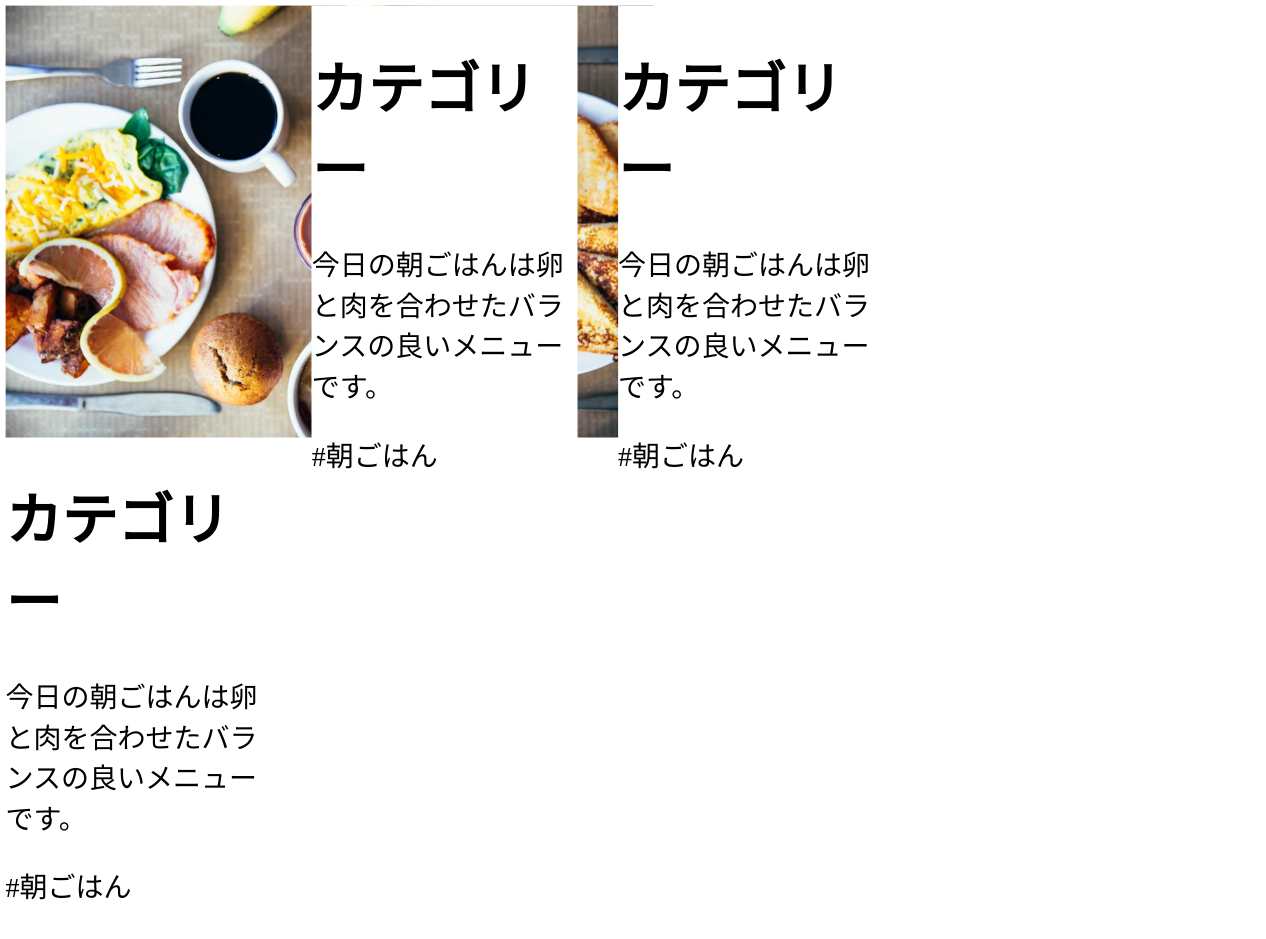
Repository: 9136424556/todo01
Page: coachtech/html-css/css1-17問.html
An editor plug-in stored every save of this project. The page is shown before and after the next save, followed by the edit.
The browser window is 1280 px wide. The page is 1280 px wide, then 1808 px, so the pictures cover 1808 px, including what lies to the right of the window. The pictures show the whole page, at 70% of full size.

Above is the page before, as saved 2023-12-01 04:54:47.

### coachtech/html-css/css1-17問.html
<link rel="stylesheet" href="css/css1-17問.css">
<div class="flex">
    <div class="box">
        <img src="img/card.jpg" alt="" />
        <h1 class="cord-title">カテゴリー</h1>
        <p class="cord-dl">今日の朝ごはんは卵と肉を合わせたバランスの良いメニューです。</p>
        <p class="cord-tag">#朝ごはん</p>
    </div>
    <div class="box">
        <h1 class="cord-title">カテゴリー</h1>
        <p class="cord-dl">今日の朝ごはんは卵と肉を合わせたバランスの良いメニューです。</p>
        <p class="cord-tag">#朝ごはん</p>
    </div>
    <div class="box">
        <h1 class="cord-title">カテゴリー</h1>
        <p class="cord-dl">今日の朝ごはんは卵と肉を合わせたバランスの良いメニューです。</p>
        <p class="cord-tag">#朝ごはん</p>
    </div>
</div>

### coachtech/html-css/css/css1-17問.css
.flex{
    display: flex;
    flex-direction: row;
    justify-content: space-between;
}
.box{
    background-color: white;
    margin-right: 10px;
    width: 30%;
    height:30%;
    font-size: 40px;
}

After the next save:
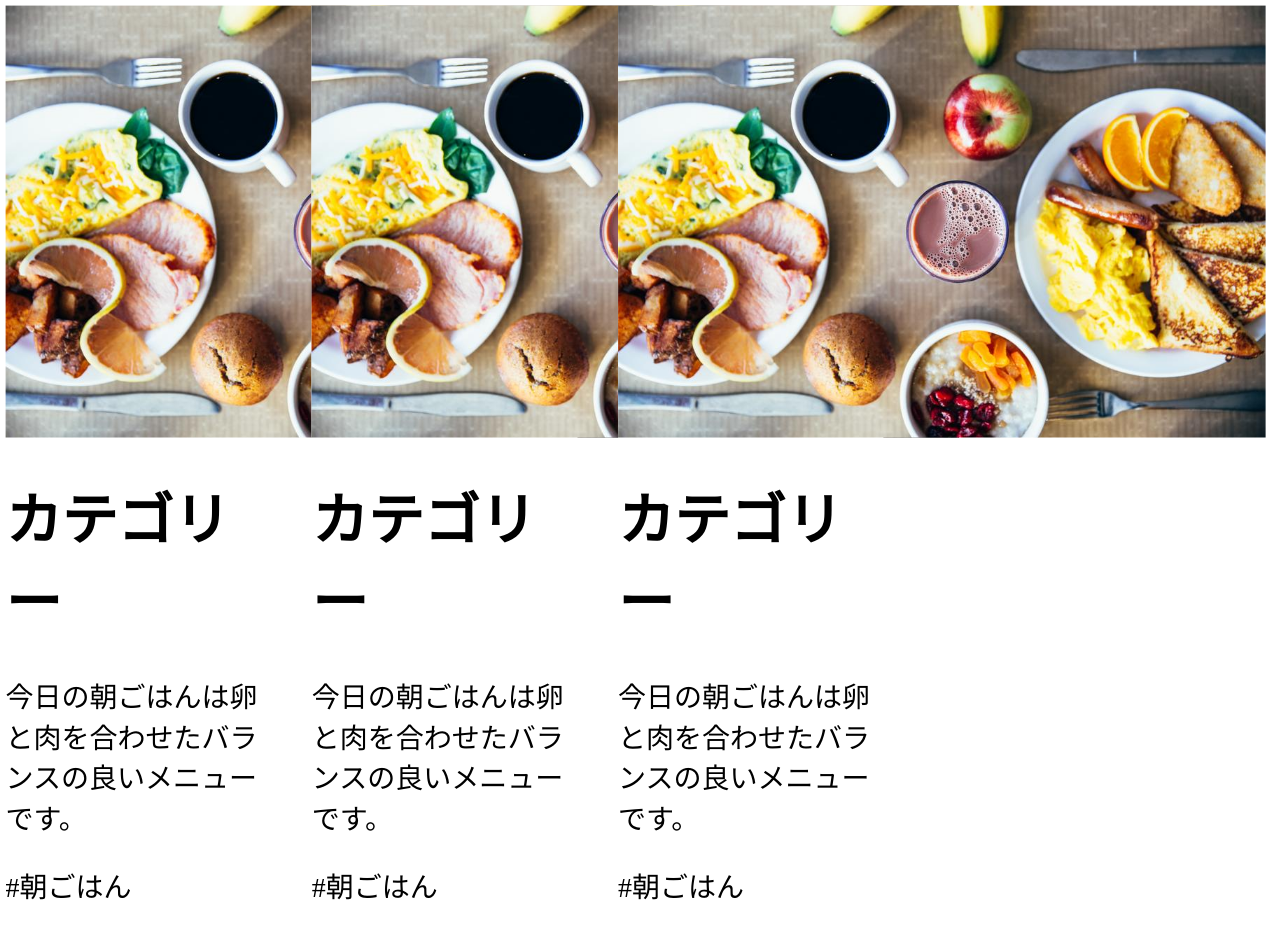
Saved 45 s later.
--- a/coachtech/html-css/css1-17問.html
+++ b/coachtech/html-css/css1-17問.html
@@ -7,11 +7,13 @@
         <p class="cord-tag">#朝ごはん</p>
     </div>
     <div class="box">
+        <img src="img/card.jpg" alt="" />
         <h1 class="cord-title">カテゴリー</h1>
         <p class="cord-dl">今日の朝ごはんは卵と肉を合わせたバランスの良いメニューです。</p>
         <p class="cord-tag">#朝ごはん</p>
     </div>
     <div class="box">
+        <img src="img/card.jpg" alt="" />
         <h1 class="cord-title">カテゴリー</h1>
         <p class="cord-dl">今日の朝ごはんは卵と肉を合わせたバランスの良いメニューです。</p>
         <p class="cord-tag">#朝ごはん</p>
